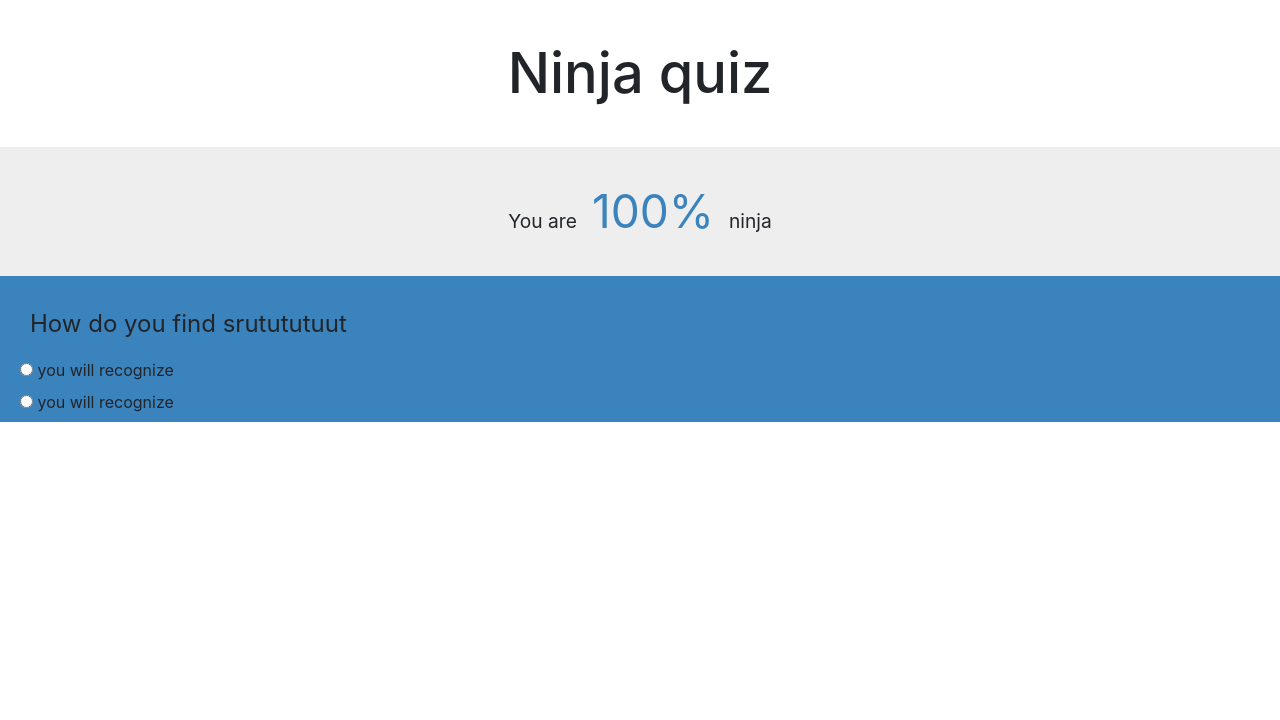
Repository: ajgors/config
Page: Nauka Js/Projekty/Quiz/index.html
The author's editor kept a copy of each file at every save. The page is drawn from the files as they stood at one save, then again after the next save.
The browser window is 1280 px wide. The pictures show the whole page.

Above is the page before, as saved 2019-08-11 18:32:21.
Console error: TypeError: Cannot read properties of null (reading 'addEventListener')

After the next save:
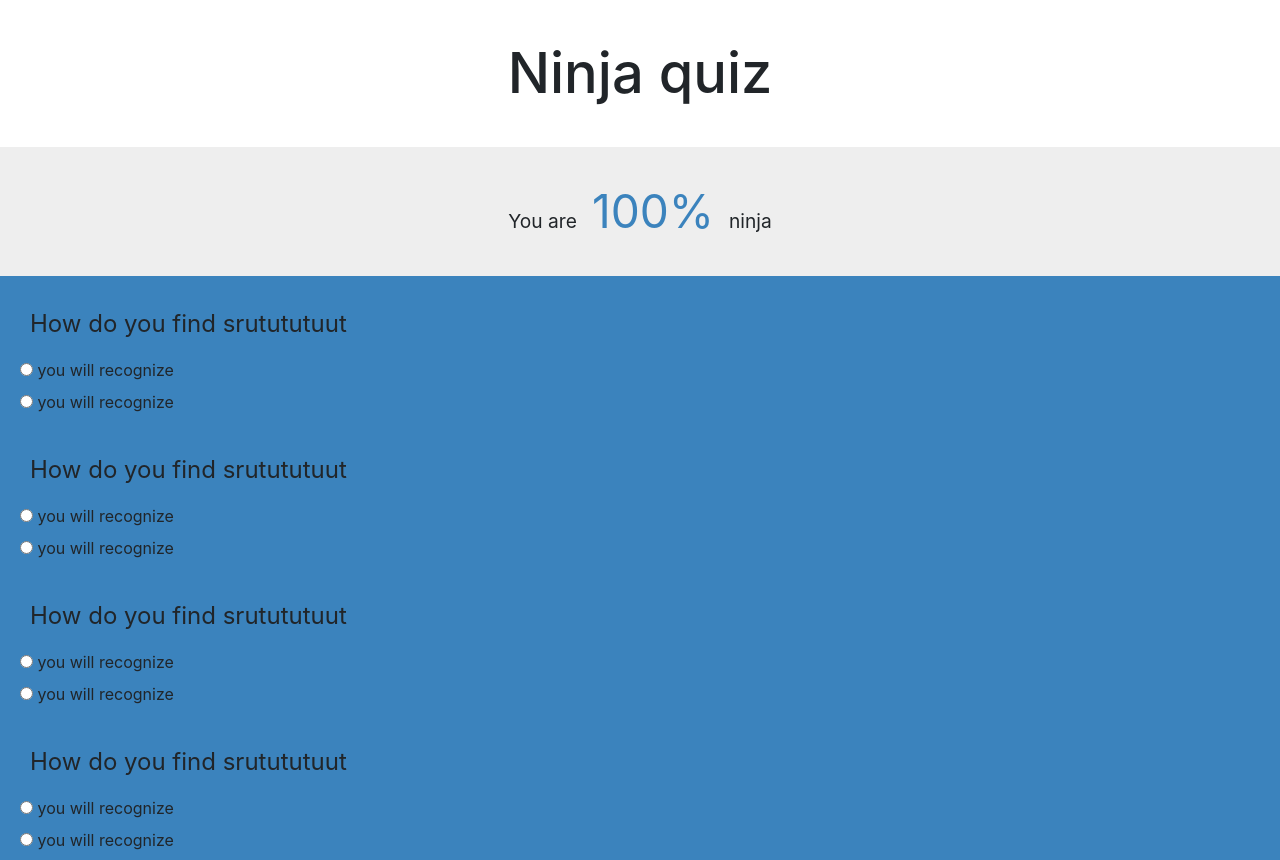
Saved 82 s later.
--- a/Nauka Js/Projekty/Quiz/index.html
+++ b/Nauka Js/Projekty/Quiz/index.html
@@ -91,17 +91,50 @@
 
 <div class="quiz">
     <form action="quiz-form">
-        <div class="">
+        <div class="div-question">
             <p class="question">How do you find srutututuut</p>
             <div class="form-check">
                 <input type="radio" name="q1" value="A" id="">
                 <label for=""> you will recognize </label>
             </div>
             <div class="form-check">
+                <input type="radio" name="q1" value="B" id="">
+                <label for=""> you will recognize </label>
+            </div>
+        </div>
+        <div class="div-question">
+                <p class="question">How do you find srutututuut</p>
+                <div class="form-check">
+                    <input type="radio" name="q1" value="A" id="">
+                    <label for=""> you will recognize </label>
+                </div>
+                <div class="form-check">
                     <input type="radio" name="q1" value="B" id="">
                     <label for=""> you will recognize </label>
                 </div>
-        </div>
+            </div>
+            <div class="div-question">
+                    <p class="question">How do you find srutututuut</p>
+                    <div class="form-check">
+                        <input type="radio" name="q1" value="A" id="">
+                        <label for=""> you will recognize </label>
+                    </div>
+                    <div class="form-check">
+                        <input type="radio" name="q1" value="B" id="">
+                        <label for=""> you will recognize </label>
+                    </div>
+                </div>
+                <div class="div-question">
+                        <p class="question">How do you find srutututuut</p>
+                        <div class="form-check">
+                            <input type="radio" name="q1" value="A" id="">
+                            <label for=""> you will recognize </label>
+                        </div>
+                        <div class="form-check">
+                            <input type="radio" name="q1" value="B" id="">
+                            <label for=""> you will recognize </label>
+                        </div>
+                    </div>
     </form>
 </div>
 
